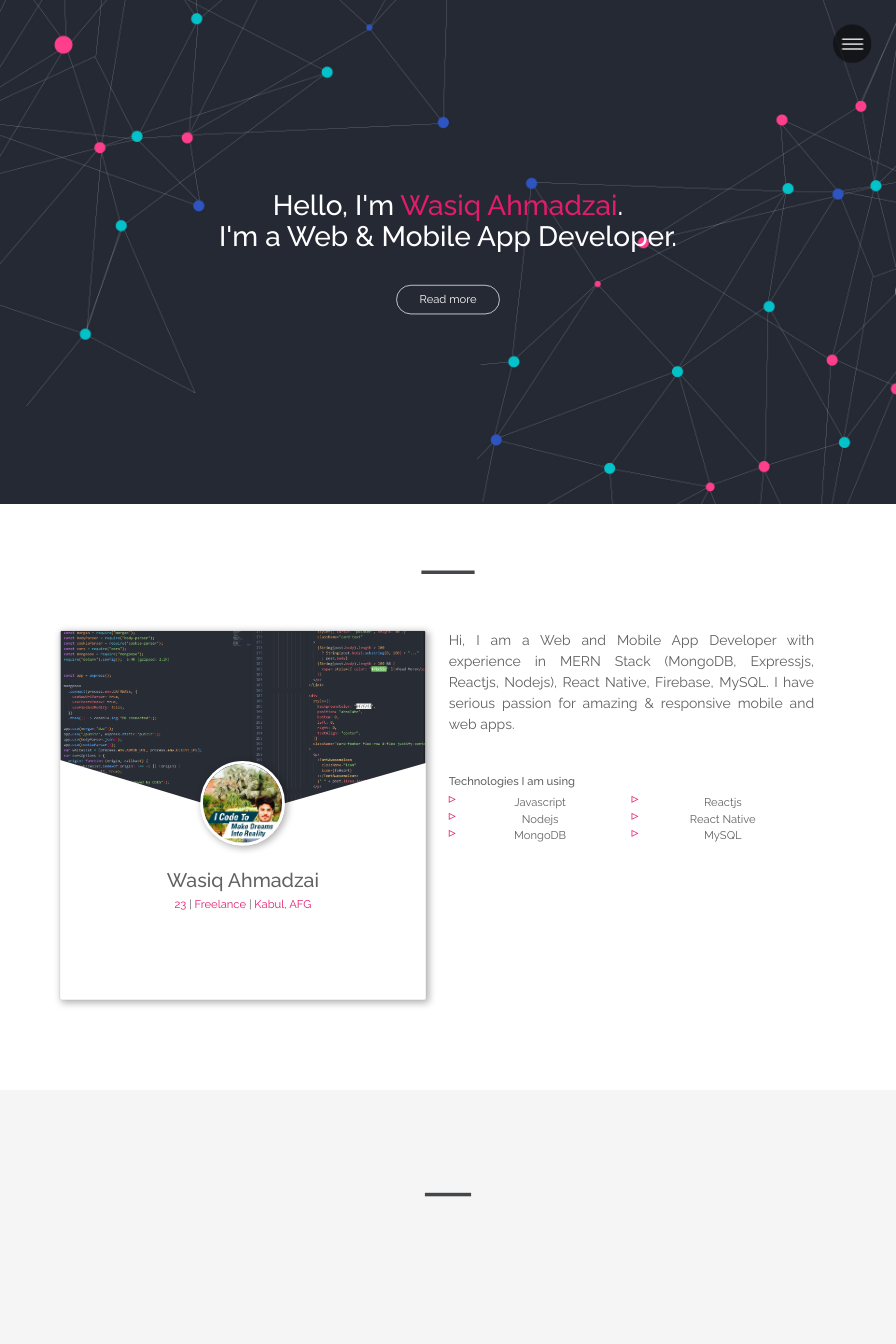
Repository: wasiqkhan/wasiqkhan.github.io
Page: index.html
The author's editor kept a copy of each file at every save. The page is drawn from the files as they stood at one save, then again after the next save.
The browser window is 1280 px wide. The pictures show the part of the page from y = 0 to 1920 px (the page is 5002 px tall), at 70% of full size.
Some web fonts or font styles are not loaded; a fallback is used.

Above is the page before, as saved 2020-11-06 17:28:25.
Not found: js/all.js
Not found: js/app.js
Not found: js/particles.js

After the next save:
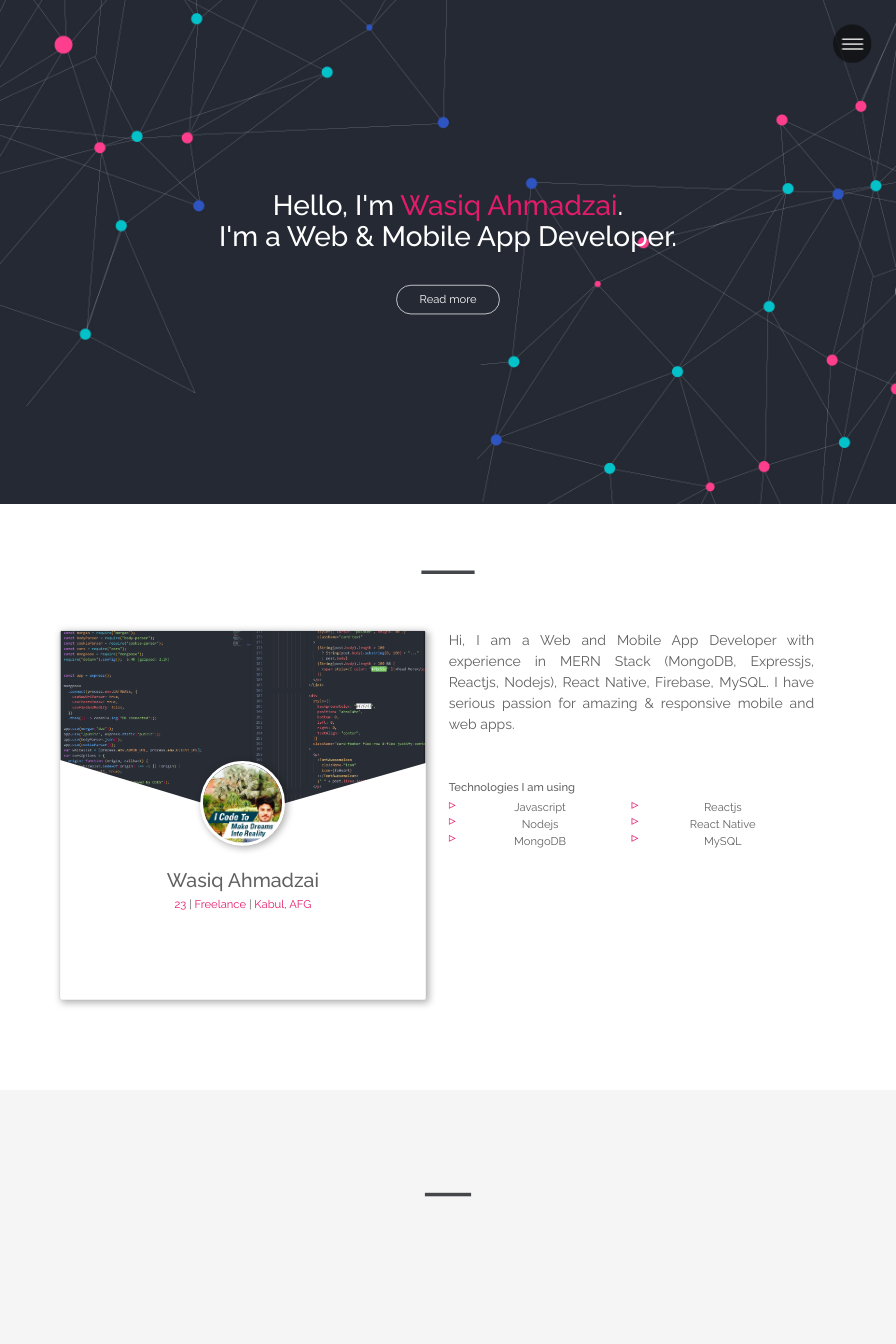
Saved 32 s later.
--- a/css/style.css
+++ b/css/style.css
@@ -465,8 +465,8 @@ a {
   display: grid;
   grid-template-columns: repeat(2, minmax(140px, 400px));
   padding: 0px;
-  /* margin: auto; */
-  /* overflow: hidden; */
+  margin: auto;
+  overflow: hidden;
   list-style: none;
 }
 .skill-set li {
